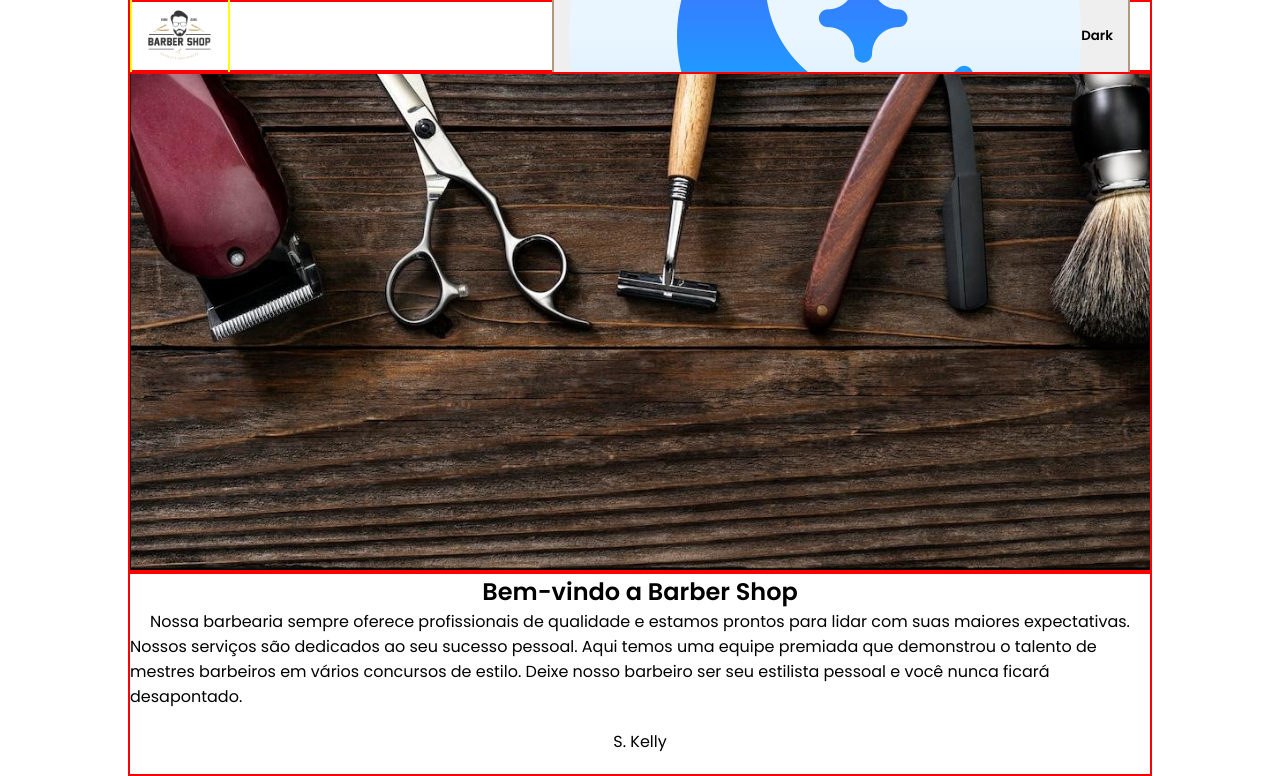
Repository: Daniells642/LandingPage-React
Page: /
These files come from the project's save history. The page is drawn as it stood at one moment and after the next save; the edit follows.
The browser window is 1280 px wide. The pictures show the whole page.
The project was rebuilt for these pictures with package versions that can differ from the ones it lists, and the page was loaded fresh each time.

Above is the page before, as saved 2022-11-04 21:47:54.

After the next save:
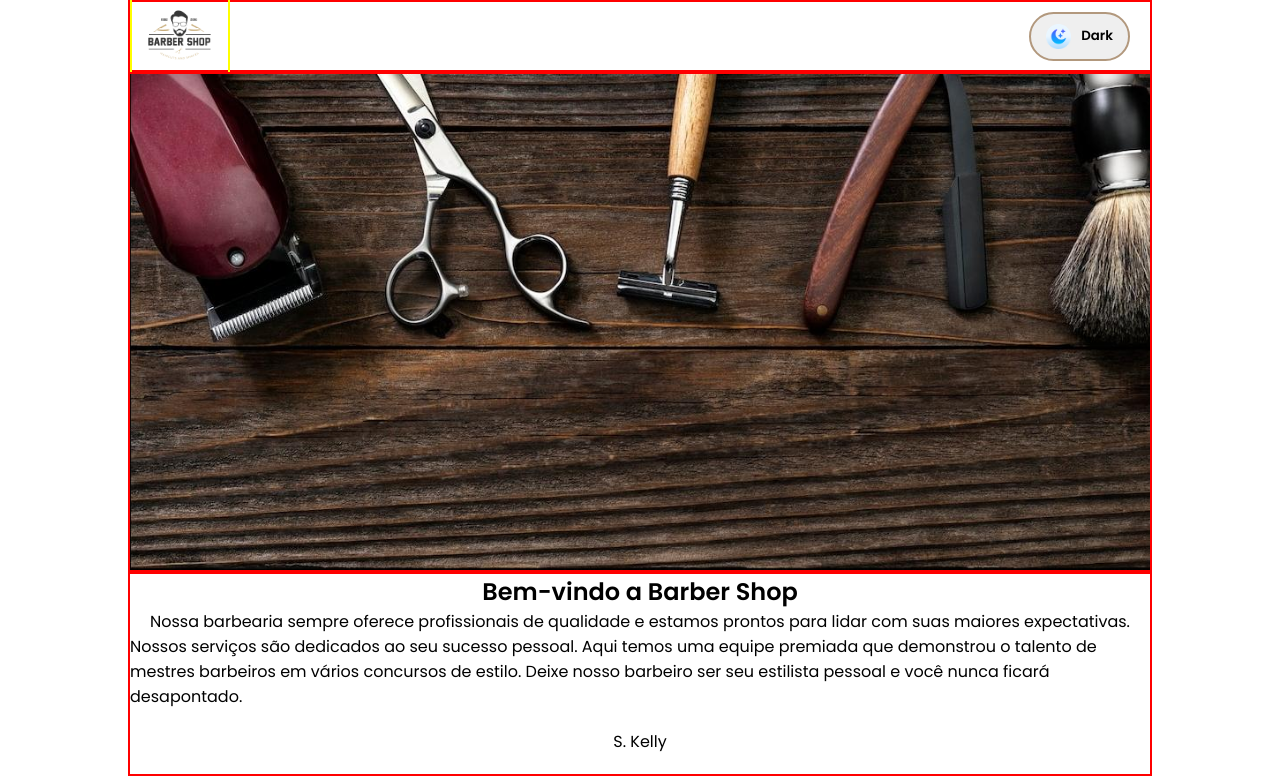
Saved 44 s later.
--- a/src/LandingPage/style.css
+++ b/src/LandingPage/style.css
@@ -32,20 +32,11 @@
     cursor: pointer;
   }
 
-.botao {
-    display: flex;
-    justify-content: center;
-    align-items: center;
-    border: 2px solid red;
-    border-radius: 20px 20px ;
-    padding: 2px;
-
-}
-
-.botao img {
-    height: 30px;
-
-}
+  .btn-icone {
+    width: 25px;
+    height: 25px;
+    margin-right: 10px;
+  }
 
 #secao-banner {
     position: relative;
